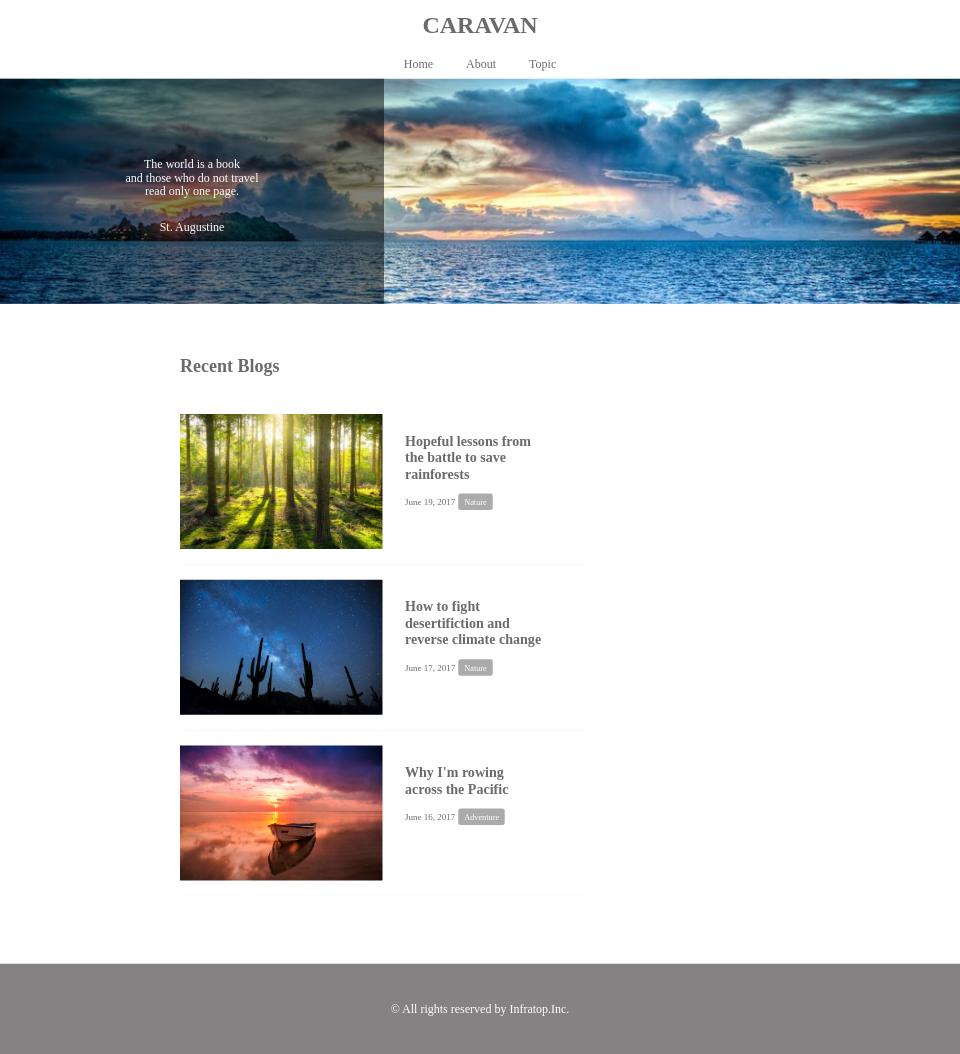
Repository: Yuya0829/HTML
Page: caravan/caravan3/index.html
The author's editor kept a record of every edit. The page is drawn from the files as they stood at one moment, then again after the next edit.
The browser window is 1280 px wide. The pictures show the whole page, at 75% of full size.

Above is the page before.

### caravan/caravan3/index.html
<!DOCTYPE html>
<html lang="ja">
  <head>
    <meta charset="UTF-8" />
    <link rel="stylesheet" href="style.css" />
    <title>CARAVAN</title>
  </head>

  <body>
    <!-- header -->
    <header>
      <h1 class="heading">
        <a href="index.html">
          CARAVAN
        </a>
      </h1>
    </header>

    <!-- navigation -->
    <nav>
      <ul class="nav-list">
        <li class="nav-list-item">
          <a href="index.html">Home</a>
        </li>
        <li class="nav-list-item">About</li>
        <li class="nav-list-item">Topic</li>
      </ul>
    </nav>

    <!-- main-visual -->
    <div class="main-visual">
      <div class="main-visual-content">
        <p class="main-visual-text">
          The world is a book<br />
          and those who do not travel<br />
          read only one page.
        </p>
        <p class="main-visual-name">
          St. Augustine
        </p>
      </div>
    </div>

    <!-- main -->
    <main>
      <section class="blog">
        <h2 class="blog-heading">Recent Blogs</h2>
        <div class="blog-box">
          <div class="blog-item">
            <img class="blog-image" src="img/forest.jpg" />
            <section class="blog-text">
              <h3 class="blog-text-heading">
               <a href="single.html">
                Hopeful lessons from<br>
                the battle to save<br>
                rainforests
              </a>
            </h3>
            <p class="blog-date">June 19, 2017</p>
            <span class="category">Nature</span>
          </section>
        </div>
          <div class="blog-item">
            <img class="blog-image" src="img/desert.jpg" />
            <section class="blog-text">
              <h3 class="blog-text-heading">
               <a href="single.html">
                How to fight<br />
                desertifiction and<br />
                reverse climate change
              </a>
            </h3>
            <p class="blog-date">June 17, 2017</p>
            <span class="category">Nature</span>
          </section>
        </div>
        <div class="blog-item">
            <img class="blog-image" src="img/sunset.jpg" />
            <section class="blog-text">
              <h3 class="blog-text-heading">
               <a href="single.html">
                Why I'm rowing<br />
                across the Pacific
              </a>
            </h3>
            <p class="blog-date">June 16, 2017</p>
            <span class="category">Adventure</span>
          </section>
        </div>
      </section>
      <div class="sidebar"></div>
    </main>

    <!-- footer -->
    <footer>
      <p class="footer-text">© All rights reserved by Infratop.Inc.</p>
    </footer>

  </body>
</html

### caravan/caravan3/style.css
* {
  margin: 0;
  padding: 0;
  box-sizing: border-box;
  color: #6c6b6b;
}

a {
  text-decoration: none;
}

header {
  width: 90%;
  padding: 15px 0;
  margin: 0 auto;
  text-align: center
}

header .heading {
  font-size: 32px;
}

.nav-list {
  text-align: center;
  padding: 10px 0;
  margin: 0 auto;
}

.nav-list-item {
  list-style: none;
  display: inline-block;
  margin: 0 20px;
}

.main-visual {
  width: 100%;
  height: 300px;
  background-image: url(img/mv.jpg);
  background-size: cover;
  background-position: center;
}

.main-visual-content {
  width: 40%;
  height: 300px;
  background-color: rgba(0,0,0,0.5);
  text-align: center;
  padding-top: 105px;
}

.main-visual-text {
  color: #fff;
}

.main-visual-name {
  margin-top: 30px;
  color: #fff;
}
main {
  width: 800px;
  display: flex;
  justify-content: center;
  margin: 0 auto;
  padding: 70px 0;
}

.blog {
  width: 540px;
  margin-right: 30px;
}

.blog-heeading {
  border-bottom: 8px solid #f7f7f7;
  text-align: center;
  line-height: 0.6;
}

.blog-box {
  padding-top: 50px;
}


.blog-item {
  padding-bottom: 20px;
  margin-bottom: 20px;
  border-bottom: 1px solid #f7f7f7;
  display: flex;
  justify-content: flex-start;
}

.blog-image {
  height: 180px;
}

.blog-text {
  padding: 25px 0 0 30px;
}

.blog-text-heading {
  padding-bottom: 15px;
}

.blog-date {
  font-size: 12px;
  display: inline-block;
}

.category {
  display: inline-block;
  padding: 5px 8px;
  background-color: #acabab;
  border-radius: 3px;
  color: #fff;
  font-size: 11px;
}

.sidebar {
  width: 230px;
}

footer {
  width: 100%;
  height: 120px;
  text-align: center;
  line-height: 120px;
  background-color: #848282;
}

.footer-text {
  color: #fff;
}

After the next edit:
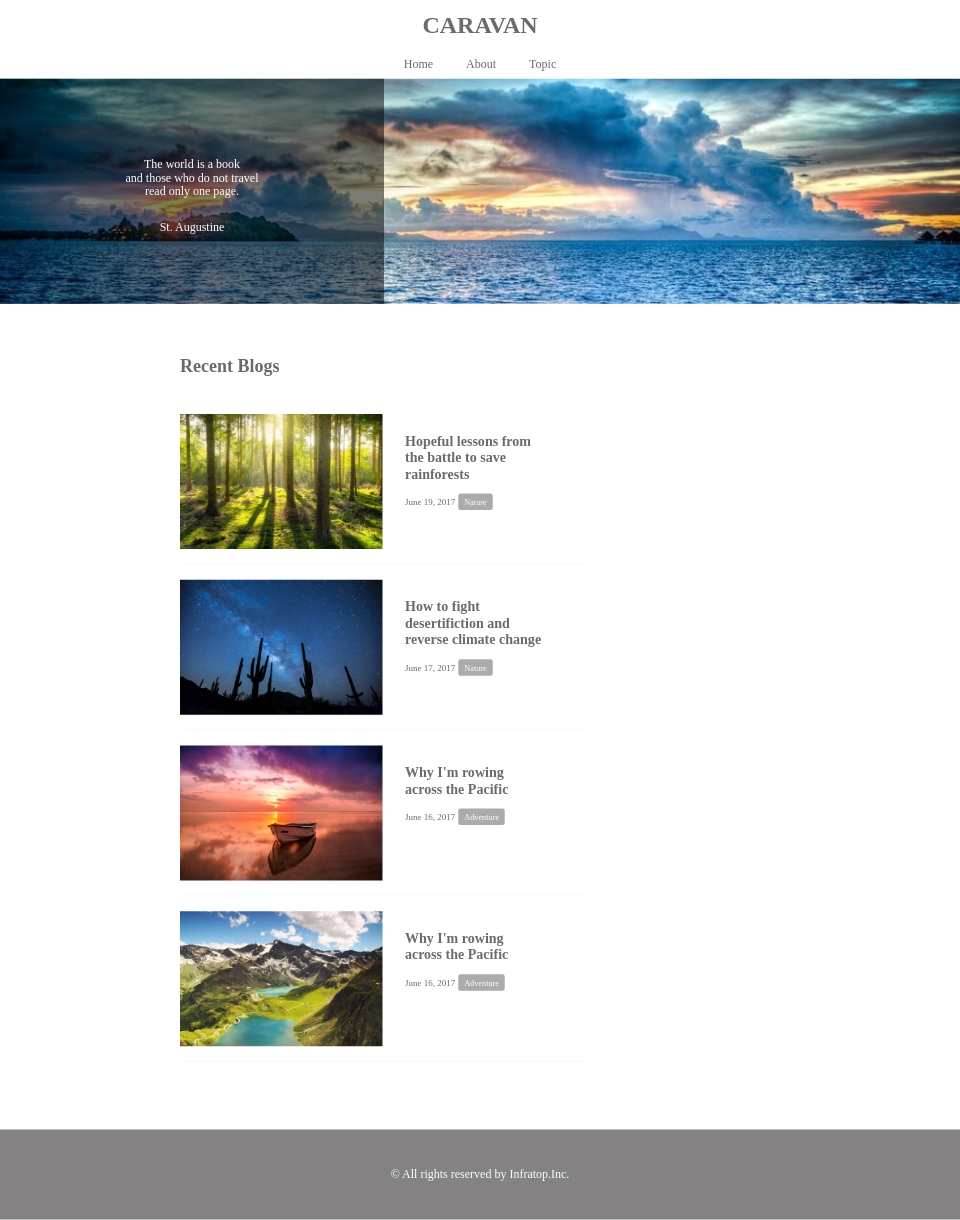
The edit:
--- a/caravan/caravan3/index.html
+++ b/caravan/caravan3/index.html
@@ -87,6 +87,19 @@
             <span class="category">Adventure</span>
           </section>
         </div>
+        <div class="blog-item">
+            <img class="blog-image" src="img/italy.jpg" />
+            <section class="blog-text">
+              <h3 class="blog-text-heading">
+               <a href="single.html">
+                Why I'm rowing<br />
+                across the Pacific
+              </a>
+            </h3>
+            <p class="blog-date">June 16, 2017</p>
+            <span class="category">Adventure</span>
+          </section>
+        </div>
       </section>
       <div class="sidebar"></div>
     </main>
